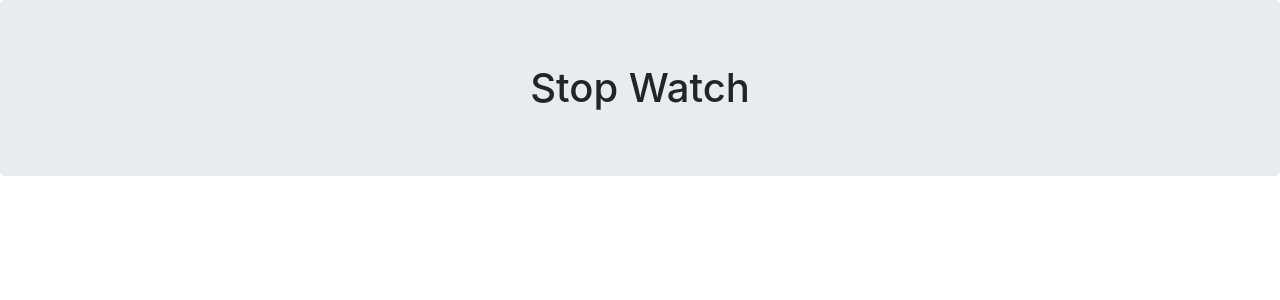
Repository: moiz9265/stopwatch
Page: index.html
The author's editor kept a copy of each file at every save. The page is drawn from the files as they stood at one save, then again after the next save.
The browser window is 1280 px wide. The pictures show the whole page.

Above is the page before, as saved 2020-07-09 22:41:52.

After the next save:
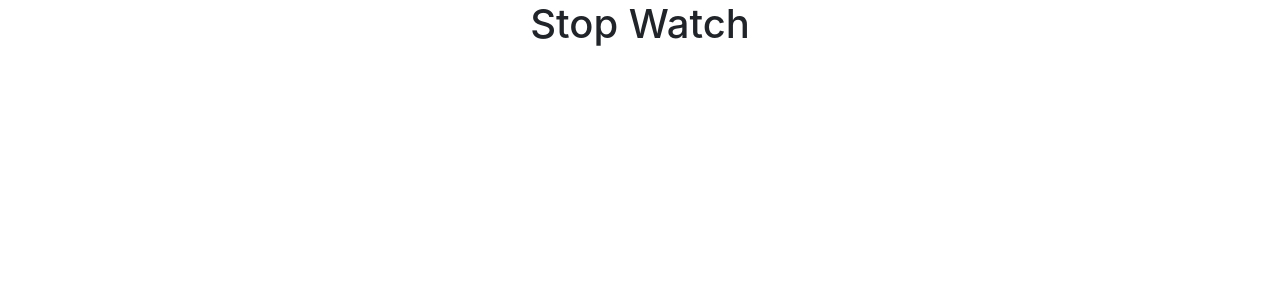
Saved 29 s later.
--- a/index.html
+++ b/index.html
@@ -10,7 +10,7 @@
     </script>
   </head>
   <body>
-      <h1 class="jumbotron" style="text-align: center;">Stop Watch</h1>
+      <h1  style="text-align: center;">Stop Watch</h1>
 
   </body>
   <script src="js/jquery-3.2.1.slim.min.js"></script>
